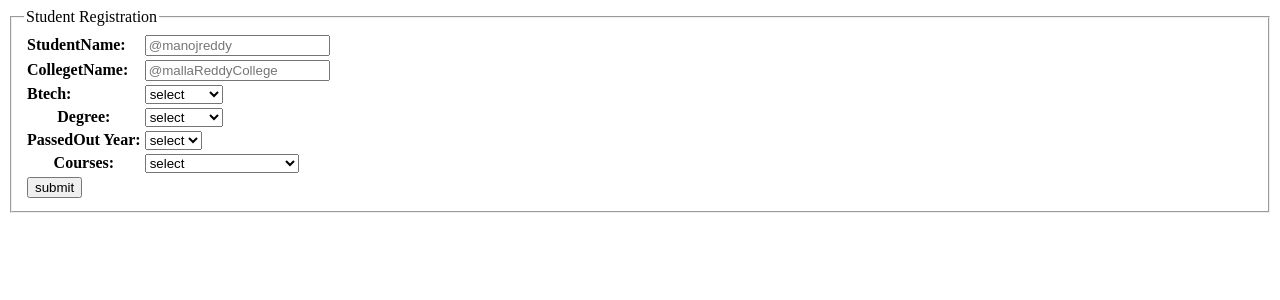
Repository: JanapatlaManojReddy/java
Page: http://localhost/institutionProject/StudentRegistration.jsp
The author's editor kept a copy of each file at every save. The page is drawn from the files as they stood at one save, then again after the next save.
The browser window is 1280 px wide. The pictures show the whole page.
The page is served by Tomcat 9. Other server files are loaded and not shown.

Above is the page before, as saved 2023-08-19 13:03:40.

### institutionProject/src/main/webapp/StudentRegistration.jsp
<%@ page language="java" contentType="text/html; charset=ISO-8859-1"
    pageEncoding="ISO-8859-1"%>
<!DOCTYPE html>
<html>
<head>
<meta charset="ISO-8859-1">
<title>Insert title here</title>
</head>
<body>
<form>
<fieldSet action="studentServlet">
<legend>Student Registration</legend>
<div>
<table>

<tr>
<th align="left">
<lable for="sname">StudentName:</lable>
</th>

<td>
<input type="text" name="studentName" placeholder="@manojreddy" required autocomplete="off">
</td>
</tr>

<tr>

<th align="left">
<lable for="cname" align="left">CollegetName:</lable></th>
<td>
<input type="text" name="collegeName" placeholder="@mallaReddyCollege" required>
</td>

</tr>


<tr>
<th align="left">
<lable for="stream" >Btech:</lable>
</th>
<td>
<select id ="stream" name="stream" >
<option value="select" selected>select</option>
<option value ="EEE">EEE</option>
<option value ="ECE">ECE</option>
<option value ="CSE">CSE</option>
<option value ="CIVIL">CIVIL</option>
<option value ="MECH">MECH</option>
<option value ="OTHERS">OTHERS</option>
</select>
</td>
</tr>
<tr>
<th>
<lable for="stream">Degree:</lable></th>
<td>
<select id ="stream" name="stream" >
<option value="select" selected>select</option>
<option value ="EEE">EEE</option>
<option value ="ECE">ECE</option>
<option value ="CSE">CSE</option>
<option value ="CIVIL">CIVIL</option>
<option value ="MECH">MECH</option>
<option value ="OTHERS">OTHERS</option>
</select>
</td>
</tr>
<tr>
<th align="left">
<lable for="pyear">PassedOut Year:</lable>
</th>
<td>
<select id="pyear" name="pyear">
<option value="select" selected>select</option>
<option value="2018">2018</option>
<option value="2019">2019</option>
<option value="2020">2020</option>
<option value="2021">2021</option>
<option value="2022">2022</option>
<option value="2023">2023</option>


</select>
</td>
</tr>
<tr>
<th>
<lable for="courses">Courses:</lable></th>
<td>
<select id ="courses" name="courses">
<option value="select" selected>select</option>
<option value="JAVAFULLSTACK">JAVAFULLSTACK </option>
<option value="PYTHONFULLSTACK">PYTHONFULLSTACK </option>
<option value="JAVA">JAVA</option>
<option value="HTML/CSS">HTML/CSS </option>
<option value="ANGULAR/REACT">ANGULAR/REACT </option>
</select>
</td>
</tr>
<tr>
<td>
<input type="submit" value="submit">
</td>
</tr>

</table>
</div>

</fieldSet>
</form>

</body>
</body>
</html>

After the next save:
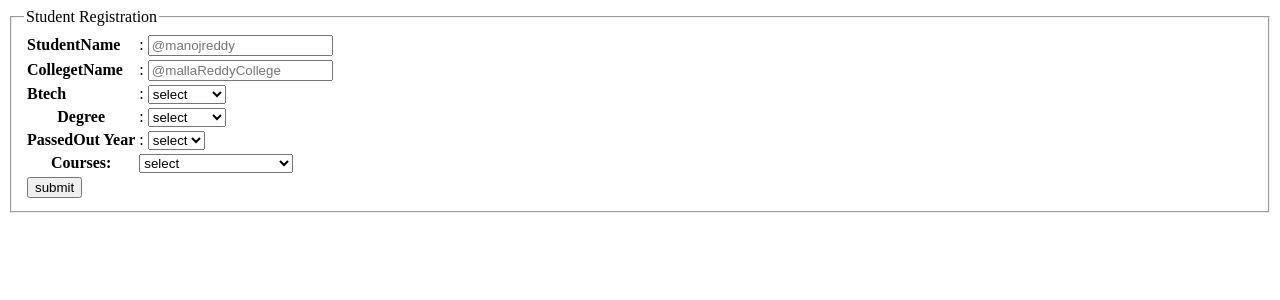
Saved 51 s later.
--- a/institutionProject/src/main/webapp/StudentRegistration.jsp
+++ b/institutionProject/src/main/webapp/StudentRegistration.jsp
@@ -15,10 +15,10 @@
 
 <tr>
 <th align="left">
-<lable for="sname">StudentName:</lable>
+<lable for="sname">StudentName</lable>
 </th>
 
-<td>
+<td>:
 <input type="text" name="studentName" placeholder="@manojreddy" required autocomplete="off">
 </td>
 </tr>
@@ -26,8 +26,8 @@
 <tr>
 
 <th align="left">
-<lable for="cname" align="left">CollegetName:</lable></th>
-<td>
+<lable for="cname" align="left">CollegetName</lable></th>
+<td>:
 <input type="text" name="collegeName" placeholder="@mallaReddyCollege" required>
 </td>
 
@@ -36,9 +36,9 @@
 
 <tr>
 <th align="left">
-<lable for="stream" >Btech:</lable>
+<lable for="stream" >Btech</lable>
 </th>
-<td>
+<td>:
 <select id ="stream" name="stream" >
 <option value="select" selected>select</option>
 <option value ="EEE">EEE</option>
@@ -52,8 +52,8 @@
 </tr>
 <tr>
 <th>
-<lable for="stream">Degree:</lable></th>
-<td>
+<lable for="stream">Degree</lable></th>
+<td>:
 <select id ="stream" name="stream" >
 <option value="select" selected>select</option>
 <option value ="EEE">EEE</option>
@@ -67,9 +67,9 @@
 </tr>
 <tr>
 <th align="left">
-<lable for="pyear">PassedOut Year:</lable>
+<lable for="pyear">PassedOut Year</lable>
 </th>
-<td>
+<td>:
 <select id="pyear" name="pyear">
 <option value="select" selected>select</option>
 <option value="2018">2018</option>
